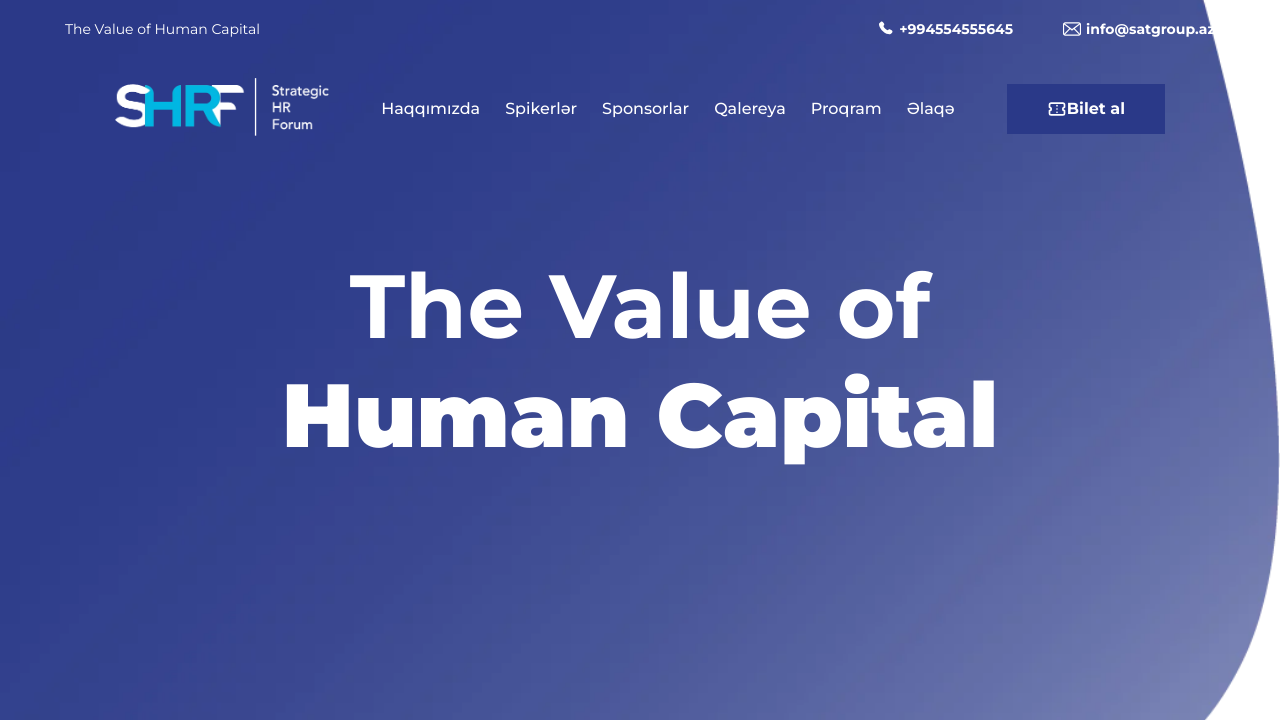
Repository: allahverdiyevabdulhasan/shrf
Page: /
The author's editor kept a copy of each file at every save. The page is drawn from the files as they stood at one save, then again after the next save.
The browser window is 1280 px wide. The pictures show the whole page.
The project was rebuilt for these pictures with package versions that can differ from the ones it lists, and the page was loaded fresh each time. Also part of the build but not shown: vite.config.js, src/App.css.

Above is the page before, as saved 2024-08-16 10:16:09.

### src/App.jsx
import './App.css'
import Header from './components/Header'
import Intro from './components/Intro'

function App() {

  return (
    <div id='page'>
      <Header />
      <Intro />
    </div>
  )
}

export default App

### src/index.css
@import url('https://fonts.googleapis.com/css2?family=Montserrat:ital,wght@0,100..900;1,100..900&display=swap');

* {
  margin: 0;
  box-sizing: border-box;
  padding: 0;
  font-family: Montserrat;
  transition: all .4s ease-in-out;
}

:root {
  --globalPrimary: #2a3988;
}

ul {
  padding: 0;
  list-style: none;
}

a {
  color: #fff;
  text-decoration: none;
}

button {
  cursor: pointer;
}

.container {
  max-width: 1170px;
  margin: 0 auto;
  padding: 0 10px;
}
#page{
  position: relative;
}

.buy__button {
  display: flex;
  align-items: center;
  border: 0;
  background: var(--globalPrimary);
  font-size: 16px;
  font-weight: 700;
  color: #fff;
  padding: 15px 40px;

  &:hover {
    box-shadow: 0 3px 10px 3px #fff;
    transform: translateY(-3px);
  }
}

### src/components/Header/index.jsx

import s from './style.module.css'

export default function Header() {


    return (
        <header className='container'>
            <div className={s.top}>
                <div className={s.top__left}>
                    The Value of Human Capital
                </div>
                <div className={s.top__right}>
                    <ul>
                        <li>
                            <a href="tel:+994554555645">
                            <svg width={18} viewBox="0 0 24 24" fill="none" xmlns="http://www.w3.org/2000/svg"><g id="SVGRepo_bgCarrier" stroke-width="0"></g><g id="SVGRepo_tracerCarrier" stroke-linecap="round" stroke-linejoin="round"></g><g id="SVGRepo_iconCarrier"> <path d="M16.5562 12.9062L16.1007 13.359C16.1007 13.359 15.0181 14.4355 12.0631 11.4972C9.10812 8.55901 10.1907 7.48257 10.1907 7.48257L10.4775 7.19738C11.1841 6.49484 11.2507 5.36691 10.6342 4.54348L9.37326 2.85908C8.61028 1.83992 7.13596 1.70529 6.26145 2.57483L4.69185 4.13552C4.25823 4.56668 3.96765 5.12559 4.00289 5.74561C4.09304 7.33182 4.81071 10.7447 8.81536 14.7266C13.0621 18.9492 17.0468 19.117 18.6763 18.9651C19.1917 18.9171 19.6399 18.6546 20.0011 18.2954L21.4217 16.883C22.3806 15.9295 22.1102 14.2949 20.8833 13.628L18.9728 12.5894C18.1672 12.1515 17.1858 12.2801 16.5562 12.9062Z" fill="#ffffff"></path> </g></svg>
                            +994554555645</a>
                        </li>
                        <li>
                            <a href="mailto:info@satgroup.az">
                            <svg width={18} viewBox="0 -4 32 32" version="1.1" xmlns="http://www.w3.org/2000/svg" xmlns:xlink="http://www.w3.org/1999/xlink" xmlns:sketch="http://www.bohemiancoding.com/sketch/ns" fill="#000000"><g id="SVGRepo_bgCarrier" stroke-width="0"></g><g id="SVGRepo_tracerCarrier" stroke-linecap="round" stroke-linejoin="round"></g><g id="SVGRepo_iconCarrier"> <title>mail</title> <desc>Created with Sketch Beta.</desc> <defs> </defs> <g id="Page-1" stroke="none" stroke-width="1" fill="none" fill-rule="evenodd" sketch:type="MSPage"> <g id="Icon-Set" sketch:type="MSLayerGroup" transform="translate(-412.000000, -259.000000)" fill="#ffffff"> <path d="M442,279 C442,279.203 441.961,279.395 441.905,279.578 L433,270 L442,263 L442,279 L442,279 Z M415.556,280.946 L424.58,271.33 L428,273.915 L431.272,271.314 L440.444,280.946 C440.301,280.979 415.699,280.979 415.556,280.946 L415.556,280.946 Z M414,279 L414,263 L423,270 L414.095,279.578 C414.039,279.395 414,279.203 414,279 L414,279 Z M441,261 L428,271 L415,261 L441,261 L441,261 Z M440,259 L416,259 C413.791,259 412,260.791 412,263 L412,279 C412,281.209 413.791,283 416,283 L440,283 C442.209,283 444,281.209 444,279 L444,263 C444,260.791 442.209,259 440,259 L440,259 Z" id="mail" sketch:type="MSShapeGroup"> </path> </g> </g> </g></svg>
                                info@satgroup.az</a>
                            </li>
                    </ul>
                </div>
            </div>
            <div className={s.header__items}>
                <div className={s.logo}>
                    <a href="/"><img src="./public/assets/img/logo.webp" alt="Logo" /></a>
                </div>
                <nav>
                    <ul>
                        <li><a href="">Haqqımızda</a></li>
                        <li><a href="">Spikerlər</a></li>
                        <li><a href="">Sponsorlar</a></li>
                        <li><a href="">Qalereya</a></li>
                        <li><a href="">Proqram</a></li>
                        <li><a href="">Əlaqə</a></li>
                    </ul>
                </nav>
                <button className='buy__button'>
                <svg width={20} viewBox="0 0 24 24" fill="none" xmlns="http://www.w3.org/2000/svg"><g id="SVGRepo_bgCarrier" stroke-width="0"></g><g id="SVGRepo_tracerCarrier" stroke-linecap="round" stroke-linejoin="round"></g><g id="SVGRepo_iconCarrier"> <path d="M12 16H12.01M12 12H12.01M12 8H12.01M21 14V17C21 18.1046 20.1046 19 19 19H5C3.89543 19 3 18.1046 3 17V14C4.10457 14 5 13.1046 5 12C5 10.8954 4.10457 10 3 10V7C3 5.89543 3.89543 5 5 5H19C20.1046 5 21 5.89543 21 7V10C19.8954 10 19 10.8954 19 12C19 13.1046 19.8954 14 21 14Z" stroke="#ffffff" stroke-width="2" stroke-linecap="round" stroke-linejoin="round"></path> </g></svg>
                    Bilet al
                </button>
            </div>

        </header>
    )
}

### src/components/Intro/index.jsx
import s from './style.module.css'

export default function Intro() {


    return (
        <div className={s.intro}>
            <div className={s.intro__content}>
                <h1>
                    The Value of
                    <br />
                    <span>Human Capital</span>
                </h1>
            </div>
        </div>
    )
}

### src/components/Header/style.module.css
header {
    position: absolute;
    top: 0;
    left: 50%;
    width: 100%;
    transform: translateX(-50%);
}

.top {
    display: flex;
    justify-content: space-between;
    align-items: center;
    padding: 20px 0;
    color: #fff;
    font-size: 14px;
}

.top__right {
    & a,
    & ul {
        display: flex;
        align-items: center;
        font-weight: 700;
    }

    & li {
        margin: 0 0 0 50px;
    }

    & svg {
        margin: 0 5px 0 0;
    }

    & a:hover {
        text-shadow: 0 0 10px #fff;

    }
}


.header__items {
    display: flex;
    padding: 20px 50px;
    align-items: center;
    justify-content: space-between;

    & .logo{
        max-width: 214px;
        & img{
            width: 100%;
        }
    }

    & ul {
        display: flex;
        & li{
            margin: 0 25px 0 0;
            position: relative;
            &::after{
                content: '';
                position: absolute;
                bottom: 0;
                left: 0;
                width: 0;
                height: 3px;
                border-radius: 3px;
                background-color: #00FFF0;
                transition: all .4s ease-in-out;
            }
            &:hover{
                & a{
                    color: #00FFF0;
                }
                &::after{
                    width: 100%;
                }
            }
            & a{
                display: inline-block;
                padding: 10px 0;
                font-weight: 500;
            }
            &:last-child{
                margin: 0;
            }
        }
    }
}

### src/components/Intro/style.module.css
.intro{
    min-height: 100vh;
    background: url('./../../../public/assets/img/introBg.webp') center/cover;
    display: flex;
    align-items: center;
    justify-content: center;

    & h1{
        font-size: clamp(45px, 7vw, 100px);
        color: #fff;
        text-align: center;
        & span{
            font-weight: 900;
        }
    }
}

Loaded but not shown: index.html (common file); src/main.jsx (common file)

After the next save:
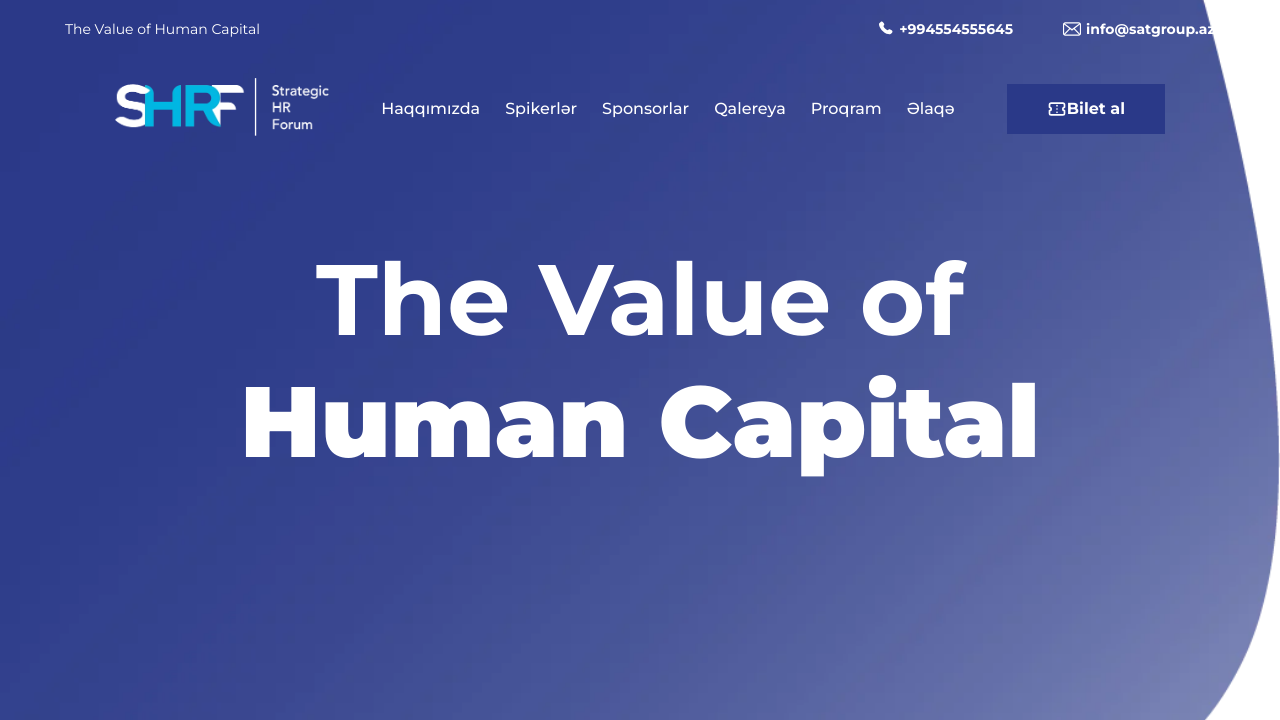
Saved 5 s later.
--- a/src/components/Intro/style.module.css
+++ b/src/components/Intro/style.module.css
@@ -6,7 +6,7 @@
     justify-content: center;
 
     & h1{
-        font-size: clamp(45px, 7vw, 100px);
+        font-size: clamp(45px, 8vw, 100px);
         color: #fff;
         text-align: center;
         & span{
